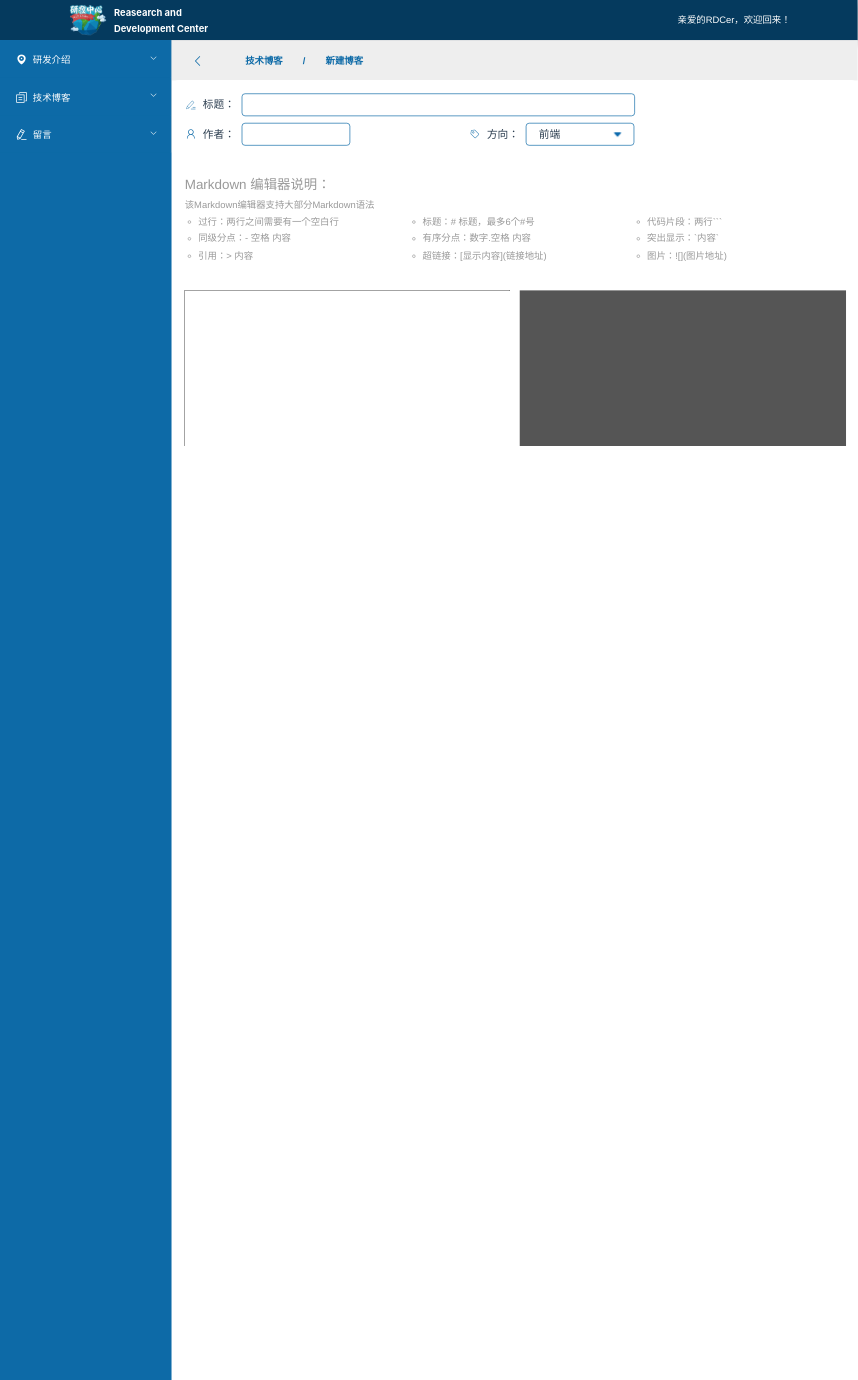
Repository: roger-hub/RDC-front-program
Page: /createblog
The author's editor kept a copy of each file at every save. The page is drawn from the files as they stood at one save, then again after the next save.
The browser window is 1280 px wide. The pictures show the whole page, at 67% of full size.
An inner scrolling area shows only its first screen. The project was rebuilt for these pictures with package versions that can differ from the ones it lists, and the page was loaded fresh each time. Also part of the build but not shown: vue.config.js, src/views/Home.vue, src/views/Login.vue, src/components/UnMessage.vue, src/views/CheckMessage.vue, src/components/PushComment.vue, src/components/ReplyArea.vue, src/components/EachMessage.vue and 1 more.

Above is the page before, as saved 2020-08-21 20:38:43.

After the next save:
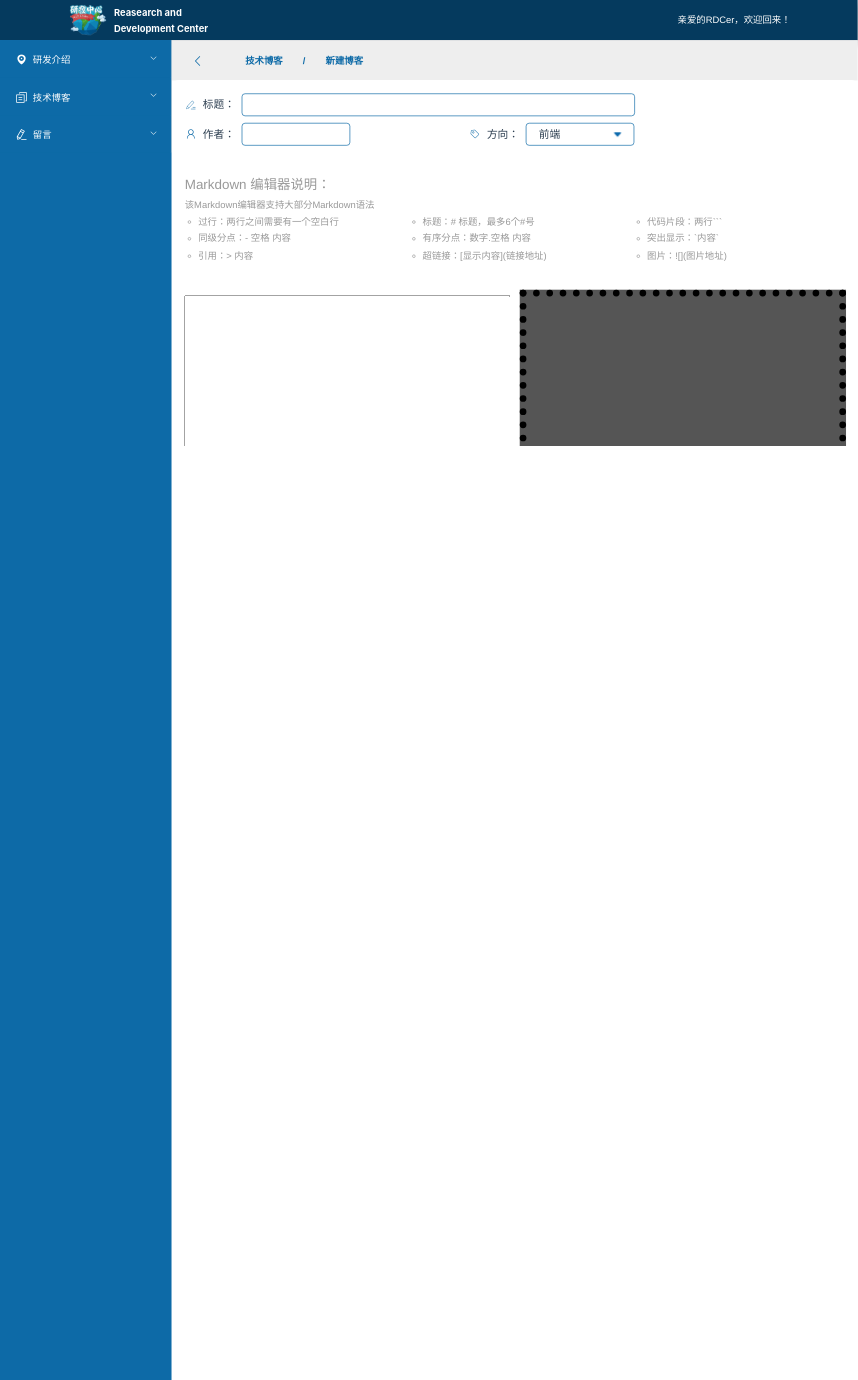
Saved 2 min 11 s later.
--- a/src/components/blogWrite/md.vue
+++ b/src/components/blogWrite/md.vue
@@ -159,6 +159,7 @@
         overflow-y: auto;
         padding: 0 10px;
         color: #eee;
+        border: 10px dotted black;
     }
 
 
